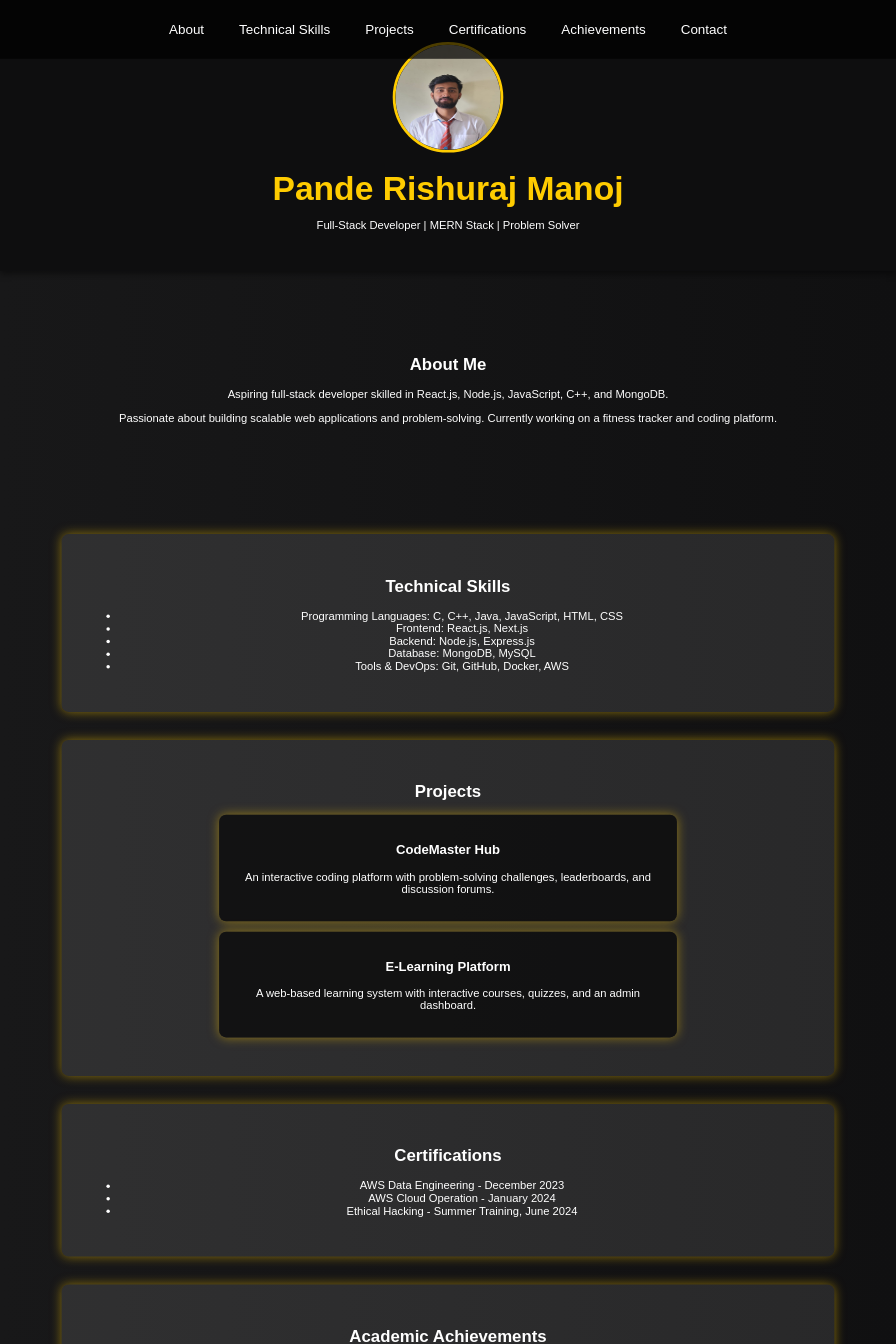
Repository: Rishuraj-Pandey/portfolio
Page: index.html
An editor plug-in stored every save of this project. The page is shown before and after the next save, followed by the edit.
The browser window is 1280 px wide. The pictures show the part of the page from y = 0 to 1920 px (the page is 2791 px tall before and 2809 px after), at 70% of full size.

Above is the page before, as saved 2025-03-22 01:24:59.

### index.html
<!DOCTYPE html>
<html lang="en">
<head>
    <meta charset="UTF-8">
    <meta name="viewport" content="width=device-width, initial-scale=1.0">
    <title>Pande Rishuraj Manoj - Portfolio</title>
    <link rel="stylesheet" href="style.css">
</head>
<body>
    <header>
        <img src="profile.jpg.jpg" alt="Profile Picture" class="profile-pic">
        <h1>Pande Rishuraj Manoj</h1>
        <p>Full-Stack Developer | MERN Stack | Problem Solver</p>

    </header>

    <nav>
        <ul>
            <li><a href="#about">About</a></li>
            <li><a href="#tech">Technical Skills</a></li>
            <li><a href="#projects">Projects</a></li>
            <li><a href="#certifications">Certifications</a></li>
            <li><a href="#achievements">Achievements</a></li>
            <li><a href="#contact">Contact</a></li>
        </ul>
    </nav>

    <section class="about" id="about">
        <h2>About Me</h2>
        <p>Aspiring full-stack developer skilled in React.js, Node.js, JavaScript, C++, and MongoDB.</p>
        <p>Passionate about building scalable web applications and problem-solving. Currently working on a fitness tracker and coding platform.</p>
    </section>

    <section class="tech" id="tech">
        <h2>Technical Skills</h2>
        <ul>
            <li>Programming Languages: C, C++, Java, JavaScript, HTML, CSS</li>
            <li>Frontend: React.js, Next.js</li>
            <li>Backend: Node.js, Express.js</li>
            <li>Database: MongoDB, MySQL</li>
            <li>Tools & DevOps: Git, GitHub, Docker, AWS</li>
        </ul>
    </section>

    <section class="projects" id="projects">
        <h2>Projects</h2>
        <div class="project-card">
            <h3>CodeMaster Hub</h3>
            <p>An interactive coding platform with problem-solving challenges, leaderboards, and discussion forums.</p>
        </div>
        <div class="project-card">
            <h3>E-Learning Platform</h3>
            <p>A web-based learning system with interactive courses, quizzes, and an admin dashboard.</p>
        </div>
    </section>

    <section class="certifications" id="certifications">
        <h2>Certifications</h2>
        <ul>
            <li>AWS Data Engineering - December 2023</li>
            <li>AWS Cloud Operation - January 2024</li>
            <li>Ethical Hacking - Summer Training, June 2024</li>
        </ul>
    </section>

    <section class="achievements" id="achievements">
        <h2>Academic Achievements</h2>
        <ul>
            <li>Secured 5-Star Badge in C++ & Problem-Solving on HackerRank</li>
            <li>Ranked 6th in National Science Day Coding Competition (200+ participants)</li>
        </ul>
    </section>

    <section class="experience" id="experience">
        <h2>Work & Internship Experience</h2>
        <p>Currently working on full-stack development projects and open-source contributions.</p>
        <p>Previously completed a summer internship in Ethical Hacking.</p>
    </section>

    <section class="contact" id="contact">
        <h2>Contact</h2>
        <p>Email: <a href="mailto:rishurajpande@gmail.com">rishurajpande@gmail.com</a></p>
        <p>LinkedIn: <a href="https://www.linkedin.com/in/rishuraj-pandey-08a9012b0/" target="_blank">linkedin.com/in/rishuraj-pandey</a></p>
        <p>GitHub: <a href="https://github.com/rishurajpande" target="_blank">github.com/rishurajpande</a></p>
    </section>

    <footer>
        <p>&copy; 2025 Pande Rishuraj Manoj. All Rights Reserved.</p>
    </footer>
</body>
</html>

### style.css
body {
    font-family: 'Poppins', sans-serif;
    margin: 0;
    padding: 0;
    background: linear-gradient(to right, #181819, #101011);
    color: white;
    text-align: center;
    scroll-behavior: smooth;
}

header {
    background: rgba(14, 14, 15, 0.9);
    padding: 40px 20px;
    box-shadow: 0px 4px 10px rgba(0, 0, 0, 0.5);
}

h1 {
    margin: 0;
    font-size: 3em;
    color: #ffcc00;
}

.profile-pic {
    width: 150px;
    height: 150px;
    border-radius: 50%;
    margin: 20px 0;
    border: 4px solid #ffcc00;
}

nav {
    background: rgba(0, 0, 0, 0.7);
    position: fixed;
    top: 0;
    width: 100%;
    padding: 15px 0;
    z-index: 1000;
    transition: all 0.3s;
}

nav ul {
    list-style: none;
    padding: 0;
    display: flex;
    justify-content: center;
    gap: 20px;
}

nav ul li {
    display: inline;
}

nav ul li a {
    color: white;
    text-decoration: none;
    padding: 10px 15px;
    font-size: 1.2em;
    transition: color 0.3s, transform 0.2s;
}

nav ul li a:hover {
    color: #ffcc00;
    transform: scale(1.1);
}

section {
    padding: 100px 20px;
}

.tech, .certifications, .achievements, .projects, .experience {
    background: rgba(255, 255, 255, 0.1);
    padding: 40px;
    border-radius: 10px;
    margin: 40px auto;
    width: 80%;
    box-shadow: 0px 0px 15px rgba(255, 204, 0, 0.5);
    animation: fadeIn 1.2s ease-in-out;
}

.project-card {
    background-color: rgba(0, 0, 0, 0.6);
    padding: 20px;
    margin: 15px auto;
    width: 60%;
    border-radius: 10px;
    box-shadow: 0px 0px 15px rgba(255, 204, 0, 0.5);
    transition: transform 0.3s, box-shadow 0.3s;
}

.project-card:hover {
    transform: scale(1.05);
    box-shadow: 0px 0px 25px rgba(255, 204, 0, 0.8);
}

.contact a {
    color: #ffcc00;
    text-decoration: none;
    font-weight: bold;
}

.contact a:hover {
    text-decoration: underline;
    color: #ff6600;
}

footer {
    background: rgba(0, 0, 0, 0.8);
    padding: 20px;
    font-size: 1em;
}

@keyframes fadeIn {
    from { opacity: 0; }
    to { opacity: 1; }
}

@media (max-width: 768px) {
    nav ul {
        flex-direction: column;
        text-align: center;
    }
    .project-card, .tech, .certifications, .achievements, .experience {
        width: 90%;
    }
}

After the next save:
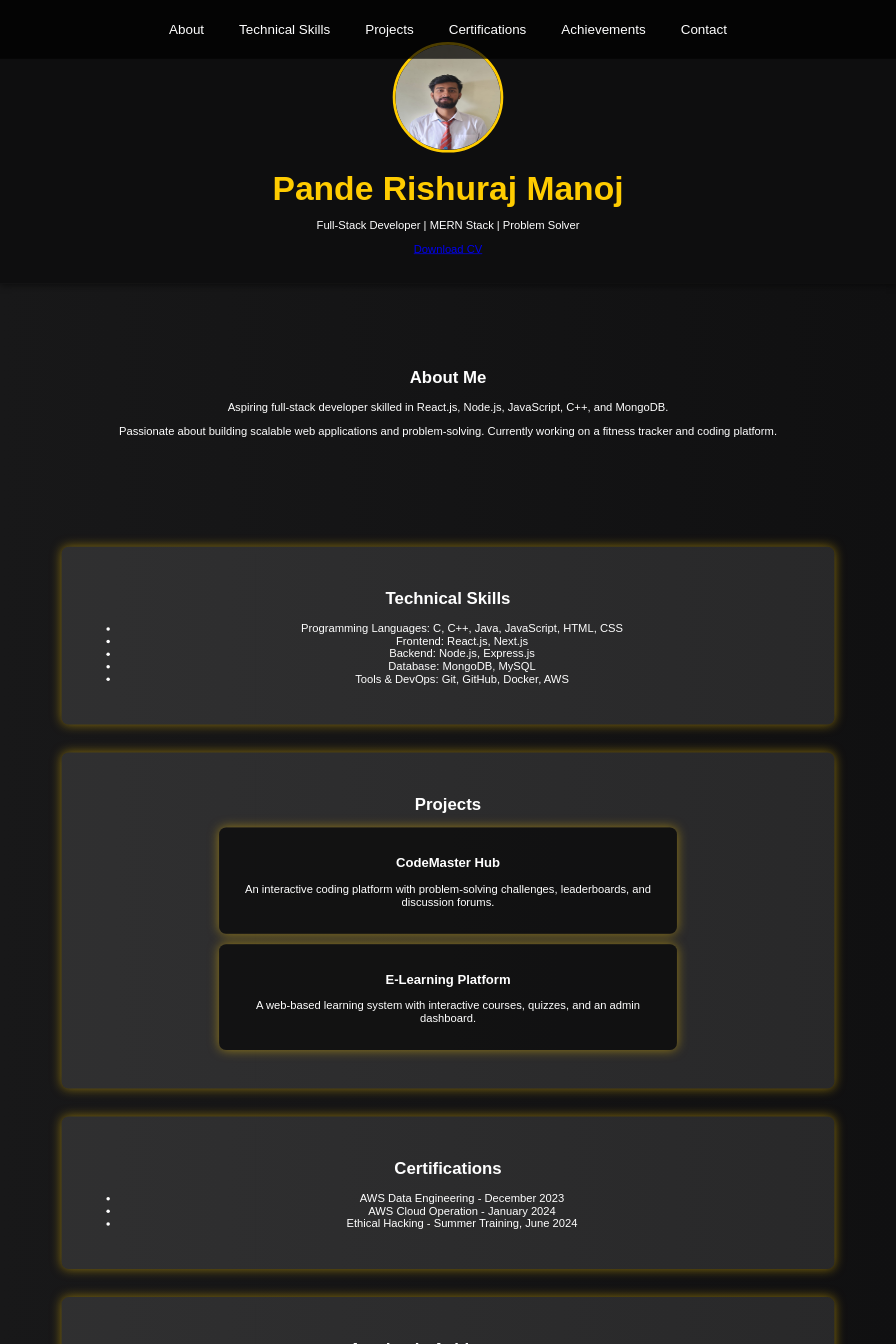
Saved 19 s later.
--- a/index.html
+++ b/index.html
@@ -11,7 +11,7 @@
         <img src="profile.jpg.jpg" alt="Profile Picture" class="profile-pic">
         <h1>Pande Rishuraj Manoj</h1>
         <p>Full-Stack Developer | MERN Stack | Problem Solver</p>
-
+        <a href="resume.pdf" download class="download-cv">Download CV</a>
     </header>
 
     <nav>
